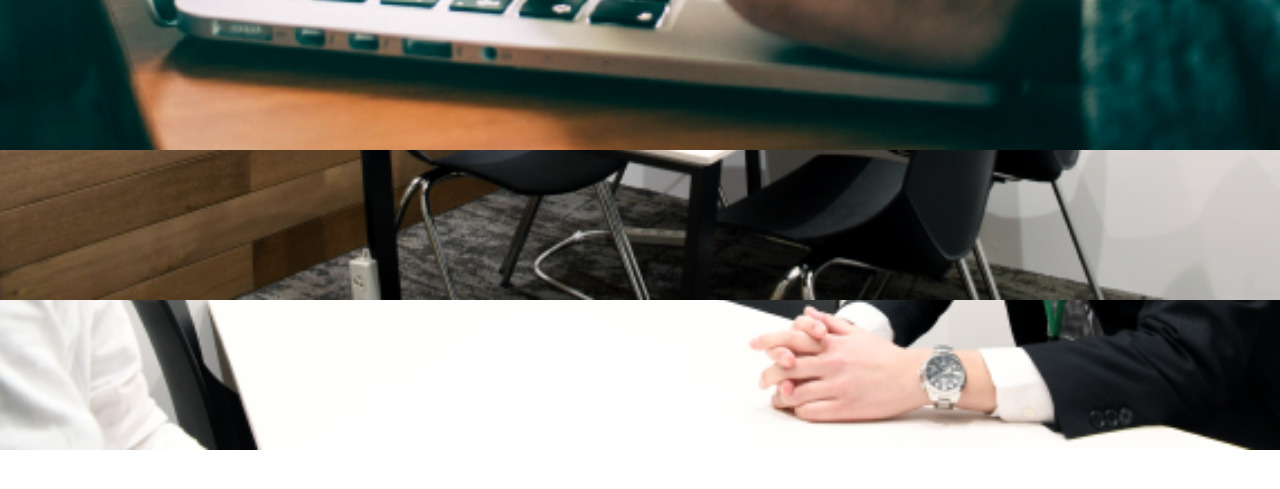
Repository: Tyubyasa/abc
Page: chapter9-2/chapter9-2.html
The author's editor kept a record of every edit. The page is drawn from the files as they stood at one moment, then again after the next edit.
The browser window is 1280 px wide. The pictures show the whole page.

Above is the page before.

After the next edit:
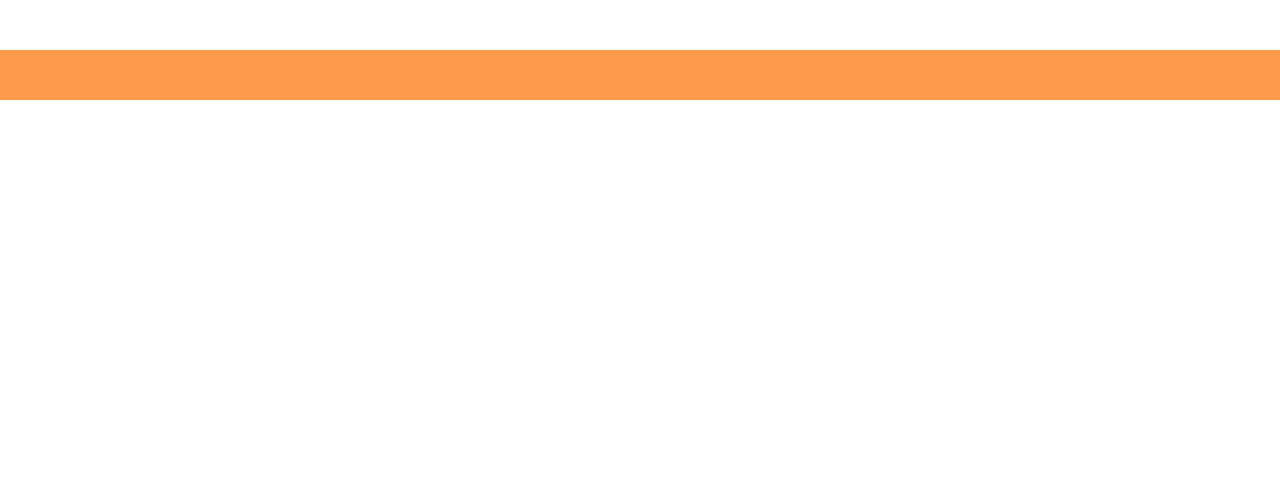
The edit:
--- a/chapter9-2/chapter9-2.html
+++ b/chapter9-2/chapter9-2.html
@@ -14,8 +14,8 @@
         </a>
       </h1>
 
-<section class="main">
-    </section>
+    <!-- main用のdiv -->
+    <main>
 
  <body>
 <div class="step-img1"></div>
